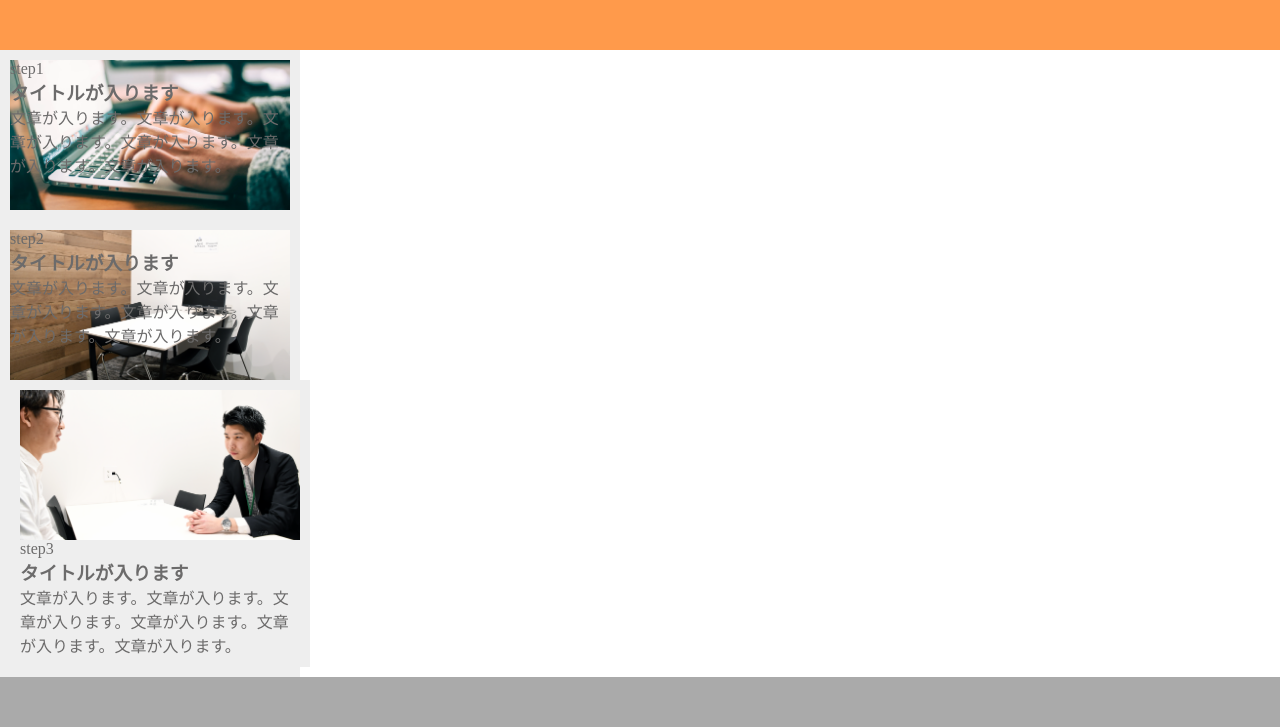
Repository: Yuki-Kawagoe/chapter4
Page: chapter9/index.html
The author's editor kept a record of every edit. The page is drawn from the files as they stood at one moment, then again after the next edit.
The browser window is 1280 px wide. The pictures show the whole page.

Above is the page before.

After the next edit:
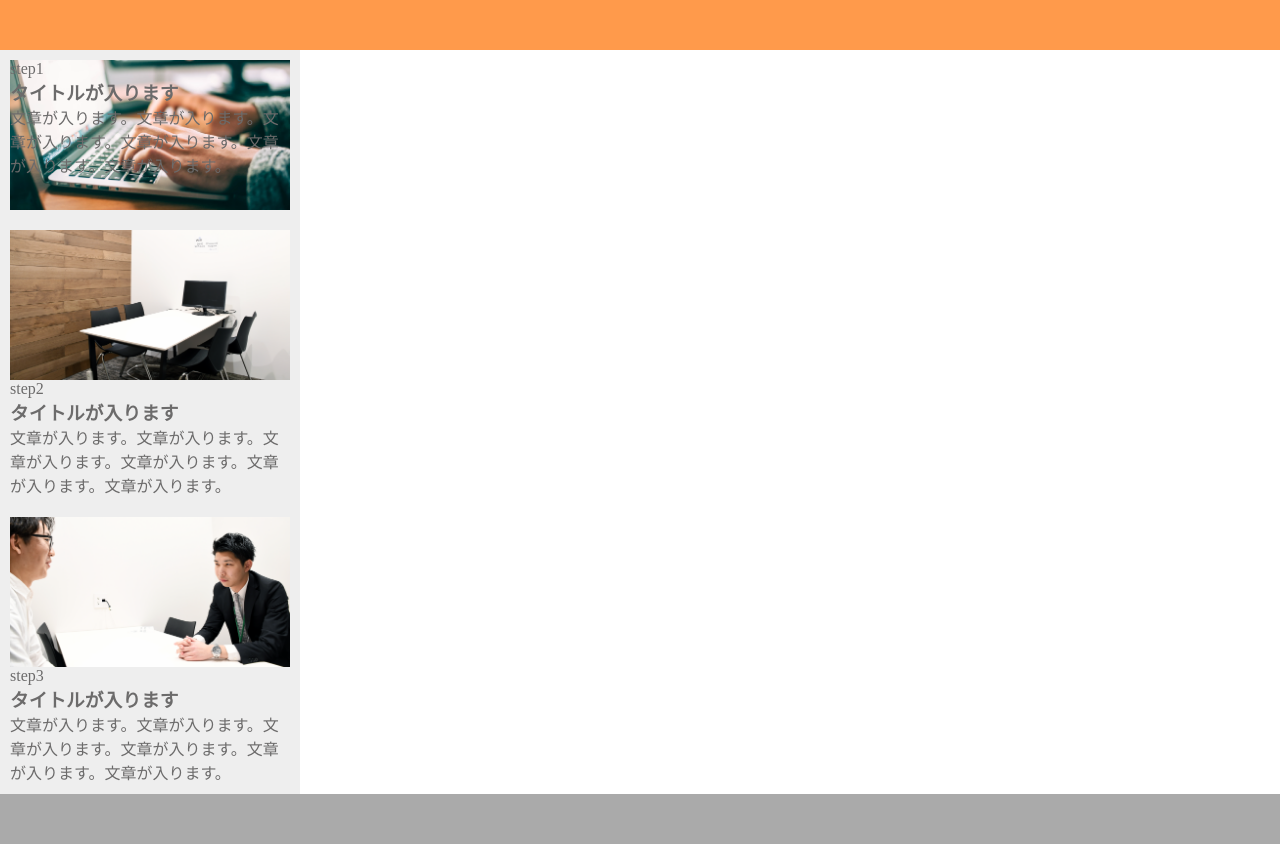
The edit:
--- a/chapter9/index.html
+++ b/chapter9/index.html
@@ -21,7 +21,7 @@
     </div>
 
     <div class="step-box">
-      <div class="step-img2">
+      <div class="step-img2"></div>
        <span class="step-num">step2</span>
         <h3 class="box-title">タイトルが入ります</h3>
           <p class="box-text">
